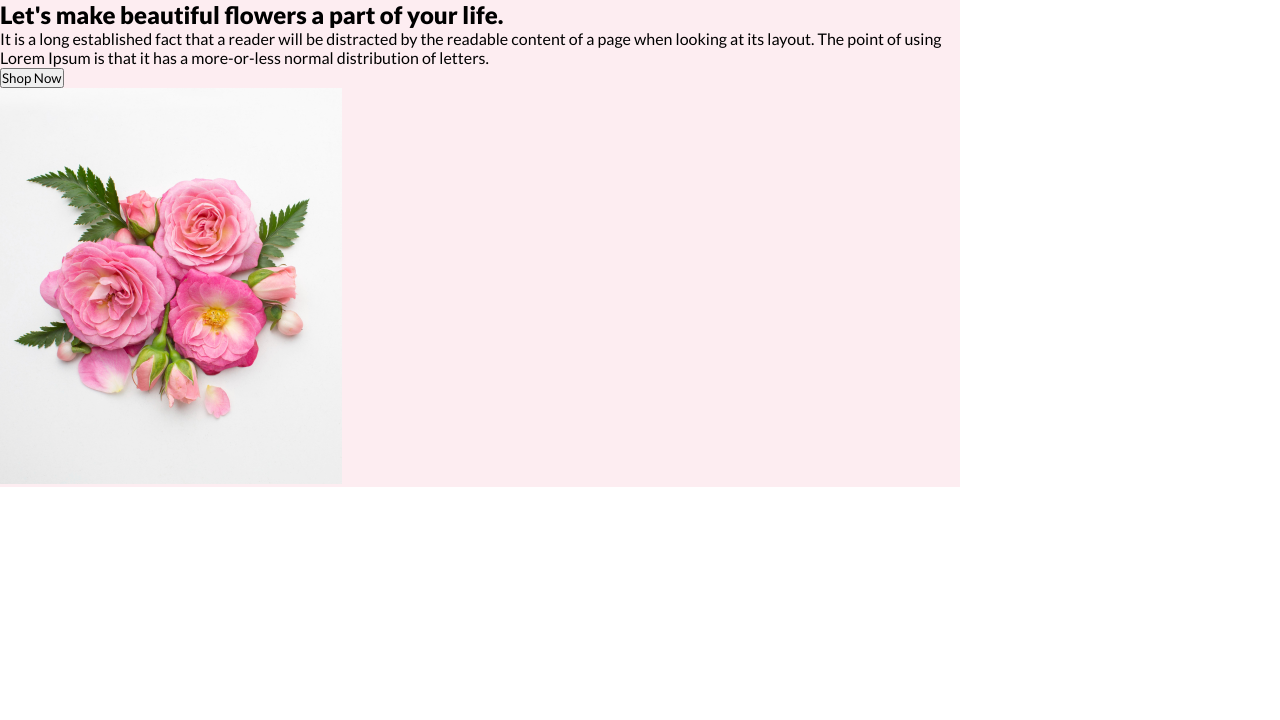
Repository: sumonkumarsarkar/flower-shop
Page: index.html
An editor plug-in stored every save of this project. The page is shown before and after the next save, followed by the edit.
The browser window is 1280 px wide. The pictures show the whole page.

Above is the page before, as saved 2024-01-07 09:13:36.

After the next save:
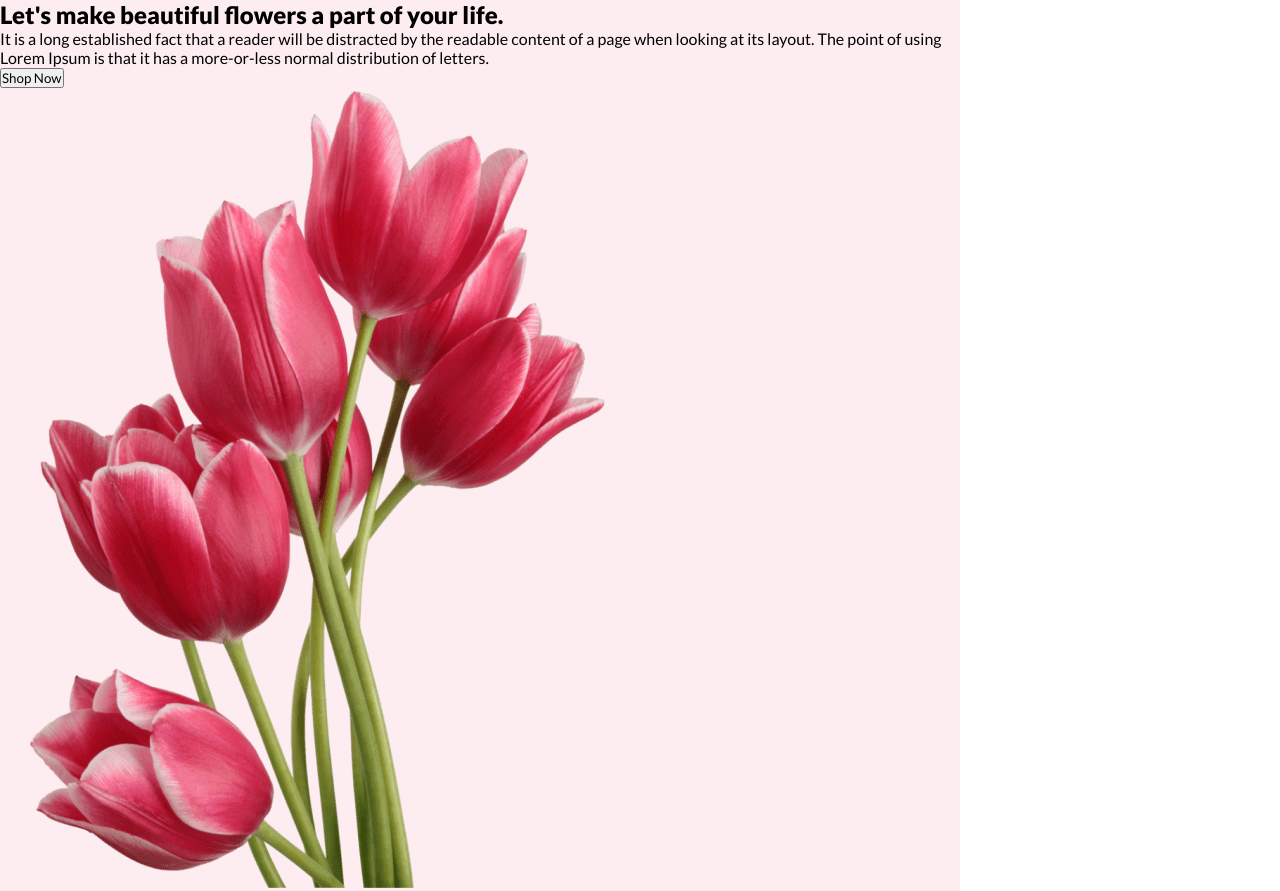
Saved 43 s later.
--- a/index.html
+++ b/index.html
@@ -28,7 +28,7 @@
 
          <!-- header image part start  -->
         <div class="header-image">
-            <img src="./image/Flower 01.png" alt="">
+            <img src="./image/pngwing 10.png" alt="">
         </div>
           <!-- header image part start  -->
      </div>
